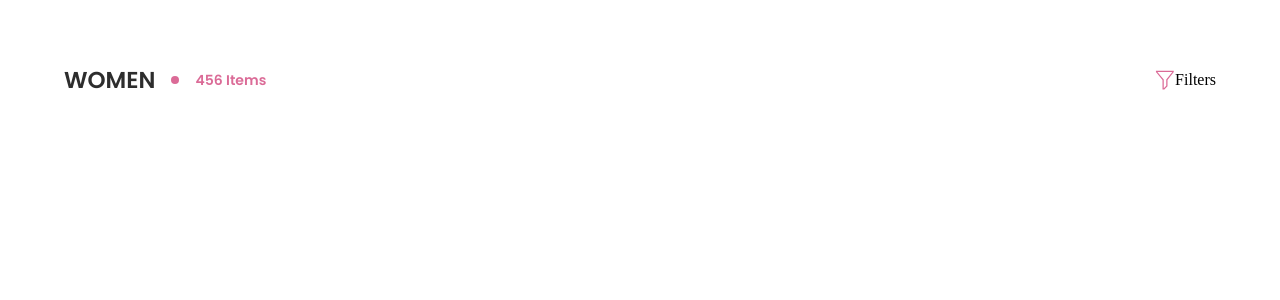
Repository: SabrinaSeydaliyeva/e-commerce-website
Page: pages/shopPage/index.html
An editor plug-in stored every save of this project. The page is shown before and after the next save, followed by the edit.
The browser window is 1280 px wide. The pictures show the whole page.
The style sheet was rebuilt from its Sass, Less or Tailwind sources for each picture, by a compiler version that may differ from the author's.

Above is the page before, as saved 2023-10-17 16:09:10.
Console error: TypeError: Cannot read properties of null (reading 'length')

### pages/shopPage/index.html
<!DOCTYPE html>
<html lang="en">
  <head>
    <meta charset="UTF-8" />
    <meta http-equiv="X-UA-Compatible" content="IE=edge" />
    <meta name="viewport" content="width=device-width, initial-scale=1.0" />
    <title>Shop</title>
    <link rel="stylesheet" href="../../assets/css/reset.css" />
    <link rel="stylesheet" href="index.css" />
  </head>
  <body>
    <div class="container">
      <div class="top-div">
        <div class="left-text">
          <h1>WOMEN</h1>
          <svg
            xmlns="http://www.w3.org/2000/svg"
            width="8"
            height="8"
            viewBox="0 0 8 8"
            fill="none"
          >
            <circle cx="4" cy="4" r="4" fill="#DB6B97" />
          </svg>
          <p>456 Items</p>
        </div>

        <div class="right-text">
          <svg
            xmlns="http://www.w3.org/2000/svg"
            width="20"
            height="20"
            viewBox="0 0 20 20"
            fill="none"
          >
            <path
              d="M9.32137 19.375H7.5V9.91516L0.9375 2.10266V0.625H18.75V2.09422L12.5 9.90672V16.1964L9.32137 19.375ZM8.75 18.125H8.80363L11.25 15.6786V9.46828L17.3246 1.875H2.37891L8.75 9.45984V18.125Z"
              fill="#DB6B97"
            />
          </svg>

          <p>Filters</p>
        </div>
      </div>
<main>
  <ul></ul>
</main>
      <!-- <main>
        <ul>
          <li>
            <img src="./images/image 1.png" alt="" />

            <div class="position-text">
              <div class="star">
                <svg
                  xmlns="http://www.w3.org/2000/svg"
                  width="16"
                  height="16"
                  viewBox="0 0 16 16"
                  fill="none"
                >
                  <g clip-path="url(#clip0_75_1233)">
                    <path
                      d="M16 6.12414H9.89333L8 0L6.10667 6.12414H0L4.93333 9.90345L3.06667 16L8 12.2207L12.9333 16L11.04 9.87586L16 6.12414Z"
                      fill="#FFCE31"
                    />
                  </g>
                  <defs>
                    <clipPath id="clip0_75_1233">
                      <rect width="16" height="16" fill="white" />
                    </clipPath>
                  </defs>
                </svg>

                <p>4.9</p>
              </div>

              <div class="heart">
                <svg
                  xmlns="http://www.w3.org/2000/svg"
                  width="24"
                  height="24"
                  viewBox="0 0 24 24"
                  fill="none"
                >
                  <path
                    d="M12 21.35L10.55 20.03C5.4 15.36 2 12.27 2 8.5C2 5.41 4.42 3 7.5 3C9.24 3 10.91 3.81 12 5.08C13.09 3.81 14.76 3 16.5 3C19.58 3 22 5.41 22 8.5C22 12.27 18.6 15.36 13.45 20.03L12 21.35Z"
                    fill="#DB6B97"
                  />
                </svg>
              </div>
            </div>

            <h2>VERO MODA</h2>
            <p>Blue Soft Knit Sweater</p>
            <span>Rs. 2299</span>
            <button>Add to cart</button>
          </li>

          <li>
            <img src="./images/image 2.png" alt="" />

            <div class="position-text">
              <div class="star">
                <svg
                  xmlns="http://www.w3.org/2000/svg"
                  width="16"
                  height="16"
                  viewBox="0 0 16 16"
                  fill="none"
                >
                  <g clip-path="url(#clip0_75_1233)">
                    <path
                      d="M16 6.12414H9.89333L8 0L6.10667 6.12414H0L4.93333 9.90345L3.06667 16L8 12.2207L12.9333 16L11.04 9.87586L16 6.12414Z"
                      fill="#FFCE31"
                    />
                  </g>
                  <defs>
                    <clipPath id="clip0_75_1233">
                      <rect width="16" height="16" fill="white" />
                    </clipPath>
                  </defs>
                </svg>

                <p>4.3</p>
              </div>

              <div class="heart">
                <svg
                  xmlns="http://www.w3.org/2000/svg"
                  width="24"
                  height="24"
                  viewBox="0 0 24 24"
                  fill="none"
                >
                  <path
                    d="M12 21.35L10.55 20.03C5.4 15.36 2 12.27 2 8.5C2 5.41 4.42 3 7.5 3C9.24 3 10.91 3.81 12 5.08C13.09 3.81 14.76 3 16.5 3C19.58 3 22 5.41 22 8.5C22 12.27 18.6 15.36 13.45 20.03L12 21.35Z"
                    fill="#DB6B97"
                  />
                </svg>
              </div>
            </div>

            <h2>Forever 21</h2>
            <p>Plush body-hug sweater</p>
            <span>Rs. 1790</span>
            <button>Add to cart</button>
          </li>

          <li>
            <img src="./images/image 3.png" alt="" />

            <div class="position-text">
              <div class="star">
                <svg
                  xmlns="http://www.w3.org/2000/svg"
                  width="16"
                  height="16"
                  viewBox="0 0 16 16"
                  fill="none"
                >
                  <g clip-path="url(#clip0_75_1233)">
                    <path
                      d="M16 6.12414H9.89333L8 0L6.10667 6.12414H0L4.93333 9.90345L3.06667 16L8 12.2207L12.9333 16L11.04 9.87586L16 6.12414Z"
                      fill="#FFCE31"
                    />
                  </g>
                  <defs>
                    <clipPath id="clip0_75_1233">
                      <rect width="16" height="16" fill="white" />
                    </clipPath>
                  </defs>
                </svg>

                <p>3.2</p>
              </div>

              <div class="heart">
                <svg
                  xmlns="http://www.w3.org/2000/svg"
                  width="25"
                  height="24"
                  viewBox="0 0 25 24"
                  fill="none"
                >
                  <path
                    d="M12.4333 18.55L12.3333 18.65L12.2233 18.55C7.47325 14.24 4.33325 11.39 4.33325 8.5C4.33325 6.5 5.83325 5 7.83325 5C9.37325 5 10.8733 6 11.4033 7.36H13.2633C13.7933 6 15.2933 5 16.8333 5C18.8333 5 20.3333 6.5 20.3333 8.5C20.3333 11.39 17.1933 14.24 12.4333 18.55ZM16.8333 3C15.0933 3 13.4233 3.81 12.3333 5.08C11.2433 3.81 9.57325 3 7.83325 3C4.75325 3 2.33325 5.41 2.33325 8.5C2.33325 12.27 5.73325 15.36 10.8833 20.03L12.3333 21.35L13.7833 20.03C18.9333 15.36 22.3333 12.27 22.3333 8.5C22.3333 5.41 19.9133 3 16.8333 3Z"
                    fill="#DB6B97"
                  />
                </svg>
              </div>
            </div>

            <h2>HnM</h2>
            <p>Wide-leg TRF Jeans</p>
            <span>Rs. 2999</span>
            <button>Add to cart</button>
          </li>

          <li>
            <img src="./images/image 4.png" alt="" />

            <div class="position-text">
              <div class="star">
                <svg
                  xmlns="http://www.w3.org/2000/svg"
                  width="16"
                  height="16"
                  viewBox="0 0 16 16"
                  fill="none"
                >
                  <g clip-path="url(#clip0_75_1233)">
                    <path
                      d="M16 6.12414H9.89333L8 0L6.10667 6.12414H0L4.93333 9.90345L3.06667 16L8 12.2207L12.9333 16L11.04 9.87586L16 6.12414Z"
                      fill="#FFCE31"
                    />
                  </g>
                  <defs>
                    <clipPath id="clip0_75_1233">
                      <rect width="16" height="16" fill="white" />
                    </clipPath>
                  </defs>
                </svg>

                <p>3.9</p>
              </div>

              <div class="heart">
                <svg
                  xmlns="http://www.w3.org/2000/svg"
                  width="25"
                  height="24"
                  viewBox="0 0 25 24"
                  fill="none"
                >
                  <path
                    d="M12.4333 18.55L12.3333 18.65L12.2233 18.55C7.47325 14.24 4.33325 11.39 4.33325 8.5C4.33325 6.5 5.83325 5 7.83325 5C9.37325 5 10.8733 6 11.4033 7.36H13.2633C13.7933 6 15.2933 5 16.8333 5C18.8333 5 20.3333 6.5 20.3333 8.5C20.3333 11.39 17.1933 14.24 12.4333 18.55ZM16.8333 3C15.0933 3 13.4233 3.81 12.3333 5.08C11.2433 3.81 9.57325 3 7.83325 3C4.75325 3 2.33325 5.41 2.33325 8.5C2.33325 12.27 5.73325 15.36 10.8833 20.03L12.3333 21.35L13.7833 20.03C18.9333 15.36 22.3333 12.27 22.3333 8.5C22.3333 5.41 19.9133 3 16.8333 3Z"
                    fill="#DB6B97"
                  />
                </svg>
              </div>
            </div>

            <h2>ONLY</h2>
            <p>Floral Print Corsetry-Inspired Top</p>
            <span>Rs. 1790</span>
            <button>Add to cart</button>
          </li>
        </ul>

        <ul>
          <li>
            <img src="./images/image 5.png" alt="" />

            <div class="position-text">
              <div class="star">
                <svg
                  xmlns="http://www.w3.org/2000/svg"
                  width="16"
                  height="16"
                  viewBox="0 0 16 16"
                  fill="none"
                >
                  <g clip-path="url(#clip0_75_1233)">
                    <path
                      d="M16 6.12414H9.89333L8 0L6.10667 6.12414H0L4.93333 9.90345L3.06667 16L8 12.2207L12.9333 16L11.04 9.87586L16 6.12414Z"
                      fill="#FFCE31"
                    />
                  </g>
                  <defs>
                    <clipPath id="clip0_75_1233">
                      <rect width="16" height="16" fill="white" />
                    </clipPath>
                  </defs>
                </svg>

                <p>4.0</p>
              </div>

              <div class="heart">
                <svg
                  xmlns="http://www.w3.org/2000/svg"
                  width="24"
                  height="24"
                  viewBox="0 0 24 24"
                  fill="none"
                >
                  <path
                    d="M12 21.35L10.55 20.03C5.4 15.36 2 12.27 2 8.5C2 5.41 4.42 3 7.5 3C9.24 3 10.91 3.81 12 5.08C13.09 3.81 14.76 3 16.5 3C19.58 3 22 5.41 22 8.5C22 12.27 18.6 15.36 13.45 20.03L12 21.35Z"
                    fill="#DB6B97"
                  />
                </svg>
              </div>
            </div>

            <h2>ZARA</h2>
            <p>Knit Scarf with diamond shapes</p>
            <span>Rs. 2299</span>
            <button>Add to cart</button>
          </li>

          <li>
            <img src="./images/image 6.png" alt="" />

            <div class="position-text">
              <div class="star">
                <svg
                  xmlns="http://www.w3.org/2000/svg"
                  width="16"
                  height="16"
                  viewBox="0 0 16 16"
                  fill="none"
                >
                  <g clip-path="url(#clip0_75_1233)">
                    <path
                      d="M16 6.12414H9.89333L8 0L6.10667 6.12414H0L4.93333 9.90345L3.06667 16L8 12.2207L12.9333 16L11.04 9.87586L16 6.12414Z"
                      fill="#FFCE31"
                    />
                  </g>
                  <defs>
                    <clipPath id="clip0_75_1233">
                      <rect width="16" height="16" fill="white" />
                    </clipPath>
                  </defs>
                </svg>

                <p>4.3</p>
              </div>

              <div class="heart">
                <svg
                  xmlns="http://www.w3.org/2000/svg"
                  width="24"
                  height="24"
                  viewBox="0 0 24 24"
                  fill="none"
                >
                  <path
                    d="M12 21.35L10.55 20.03C5.4 15.36 2 12.27 2 8.5C2 5.41 4.42 3 7.5 3C9.24 3 10.91 3.81 12 5.08C13.09 3.81 14.76 3 16.5 3C19.58 3 22 5.41 22 8.5C22 12.27 18.6 15.36 13.45 20.03L12 21.35Z"
                    fill="#DB6B97"
                  />
                </svg>
              </div>
            </div>

            <h2>ONLY</h2>
            <p>Pink Blazer Dress</p>
            <span>Rs. 1790</span>
            <button>Add to cart</button>
          </li>

          <li>
            <img src="./images/image 7.png" alt="" />

            <div class="position-text">
              <div class="star">
                <svg
                  xmlns="http://www.w3.org/2000/svg"
                  width="16"
                  height="16"
                  viewBox="0 0 16 16"
                  fill="none"
                >
                  <g clip-path="url(#clip0_75_1233)">
                    <path
                      d="M16 6.12414H9.89333L8 0L6.10667 6.12414H0L4.93333 9.90345L3.06667 16L8 12.2207L12.9333 16L11.04 9.87586L16 6.12414Z"
                      fill="#FFCE31"
                    />
                  </g>
                  <defs>
                    <clipPath id="clip0_75_1233">
                      <rect width="16" height="16" fill="white" />
                    </clipPath>
                  </defs>
                </svg>

                <p>4.1</p>
              </div>

              <div class="heart">
                <svg
                  xmlns="http://www.w3.org/2000/svg"
                  width="25"
                  height="24"
                  viewBox="0 0 25 24"
                  fill="none"
                >
                  <path
                    d="M12.4333 18.55L12.3333 18.65L12.2233 18.55C7.47325 14.24 4.33325 11.39 4.33325 8.5C4.33325 6.5 5.83325 5 7.83325 5C9.37325 5 10.8733 6 11.4033 7.36H13.2633C13.7933 6 15.2933 5 16.8333 5C18.8333 5 20.3333 6.5 20.3333 8.5C20.3333 11.39 17.1933 14.24 12.4333 18.55ZM16.8333 3C15.0933 3 13.4233 3.81 12.3333 5.08C11.2433 3.81 9.57325 3 7.83325 3C4.75325 3 2.33325 5.41 2.33325 8.5C2.33325 12.27 5.73325 15.36 10.8833 20.03L12.3333 21.35L13.7833 20.03C18.9333 15.36 22.3333 12.27 22.3333 8.5C22.3333 5.41 19.9133 3 16.8333 3Z"
                    fill="#DB6B97"
                  />
                </svg>
              </div>
            </div>

            <h2>VERO MODA</h2>
            <p>Velvet Halter Jumpsuit</p>
            <span>Rs. 2999</span>
            <button>Add to cart</button>
          </li>

          <li>
            <img src="./images/image 8.png" alt="" />

            <div class="position-text">
              <div class="star">
                <svg
                  xmlns="http://www.w3.org/2000/svg"
                  width="16"
                  height="16"
                  viewBox="0 0 16 16"
                  fill="none"
                >
                  <g clip-path="url(#clip0_75_1233)">
                    <path
                      d="M16 6.12414H9.89333L8 0L6.10667 6.12414H0L4.93333 9.90345L3.06667 16L8 12.2207L12.9333 16L11.04 9.87586L16 6.12414Z"
                      fill="#FFCE31"
                    />
                  </g>
                  <defs>
                    <clipPath id="clip0_75_1233">
                      <rect width="16" height="16" fill="white" />
                    </clipPath>
                  </defs>
                </svg>

                <p>4.2</p>
              </div>

              <div class="heart">
                <svg
                  xmlns="http://www.w3.org/2000/svg"
                  width="25"
                  height="24"
                  viewBox="0 0 25 24"
                  fill="none"
                >
                  <path
                    d="M12.4333 18.55L12.3333 18.65L12.2233 18.55C7.47325 14.24 4.33325 11.39 4.33325 8.5C4.33325 6.5 5.83325 5 7.83325 5C9.37325 5 10.8733 6 11.4033 7.36H13.2633C13.7933 6 15.2933 5 16.8333 5C18.8333 5 20.3333 6.5 20.3333 8.5C20.3333 11.39 17.1933 14.24 12.4333 18.55ZM16.8333 3C15.0933 3 13.4233 3.81 12.3333 5.08C11.2433 3.81 9.57325 3 7.83325 3C4.75325 3 2.33325 5.41 2.33325 8.5C2.33325 12.27 5.73325 15.36 10.8833 20.03L12.3333 21.35L13.7833 20.03C18.9333 15.36 22.3333 12.27 22.3333 8.5C22.3333 5.41 19.9133 3 16.8333 3Z"
                    fill="#DB6B97"
                  />
                </svg>
              </div>
            </div>

            <h2>Plush</h2>
            <p>High Rise Jeans- Ankle Length</p>
            <span>Rs. 1790</span>
            <button>Add to cart</button>
          </li>
        </ul>

        <ul>
          <li>
            <img src="./images/image 9.png" alt="" />

            <div class="position-text">
              <div class="star">
                <svg
                  xmlns="http://www.w3.org/2000/svg"
                  width="16"
                  height="16"
                  viewBox="0 0 16 16"
                  fill="none"
                >
                  <g clip-path="url(#clip0_75_1233)">
                    <path
                      d="M16 6.12414H9.89333L8 0L6.10667 6.12414H0L4.93333 9.90345L3.06667 16L8 12.2207L12.9333 16L11.04 9.87586L16 6.12414Z"
                      fill="#FFCE31"
                    />
                  </g>
                  <defs>
                    <clipPath id="clip0_75_1233">
                      <rect width="16" height="16" fill="white" />
                    </clipPath>
                  </defs>
                </svg>

                <p>4.5</p>
              </div>

              <div class="heart">
                <svg
                  xmlns="http://www.w3.org/2000/svg"
                  width="24"
                  height="24"
                  viewBox="0 0 24 24"
                  fill="none"
                >
                  <path
                    d="M12 21.35L10.55 20.03C5.4 15.36 2 12.27 2 8.5C2 5.41 4.42 3 7.5 3C9.24 3 10.91 3.81 12 5.08C13.09 3.81 14.76 3 16.5 3C19.58 3 22 5.41 22 8.5C22 12.27 18.6 15.36 13.45 20.03L12 21.35Z"
                    fill="#DB6B97"
                  />
                </svg>
              </div>
            </div>

            <h2>Dressberry</h2>
            <p>3 pack of no-show socks</p>
            <span>Rs. 2299</span>
            <button>Add to cart</button>
          </li>

          <li>
            <img src="./images/image 10.png" alt="" />

            <div class="position-text">
              <div class="star">
                <svg
                  xmlns="http://www.w3.org/2000/svg"
                  width="16"
                  height="16"
                  viewBox="0 0 16 16"
                  fill="none"
                >
                  <g clip-path="url(#clip0_75_1233)">
                    <path
                      d="M16 6.12414H9.89333L8 0L6.10667 6.12414H0L4.93333 9.90345L3.06667 16L8 12.2207L12.9333 16L11.04 9.87586L16 6.12414Z"
                      fill="#FFCE31"
                    />
                  </g>
                  <defs>
                    <clipPath id="clip0_75_1233">
                      <rect width="16" height="16" fill="white" />
                    </clipPath>
                  </defs>
                </svg>

                <p>3.3</p>
              </div>

              <div class="heart">
                <svg
                  xmlns="http://www.w3.org/2000/svg"
                  width="24"
                  height="24"
                  viewBox="0 0 24 24"
                  fill="none"
                >
                  <path
                    d="M12 21.35L10.55 20.03C5.4 15.36 2 12.27 2 8.5C2 5.41 4.42 3 7.5 3C9.24 3 10.91 3.81 12 5.08C13.09 3.81 14.76 3 16.5 3C19.58 3 22 5.41 22 8.5C22 12.27 18.6 15.36 13.45 20.03L12 21.35Z"
                    fill="#DB6B97"
                  />
                </svg>
              </div>
            </div>

            <h2>ONLY</h2>
            <p>Polo Collar Jumpsuit</p>
            <span>Rs. 1790</span>
            <button>Add to cart</button>
          </li>

          <li>
            <img src="./images/image 11.png" alt="" />

            <div class="position-text">
              <div class="star">
                <svg
                  xmlns="http://www.w3.org/2000/svg"
                  width="16"
                  height="16"
                  viewBox="0 0 16 16"
                  fill="none"
                >
                  <g clip-path="url(#clip0_75_1233)">
                    <path
                      d="M16 6.12414H9.89333L8 0L6.10667 6.12414H0L4.93333 9.90345L3.06667 16L8 12.2207L12.9333 16L11.04 9.87586L16 6.12414Z"
                      fill="#FFCE31"
                    />
                  </g>
                  <defs>
                    <clipPath id="clip0_75_1233">
                      <rect width="16" height="16" fill="white" />
                    </clipPath>
                  </defs>
                </svg>

                <p>5.0</p>
              </div>

              <div class="heart">
                <svg
                  xmlns="http://www.w3.org/2000/svg"
                  width="25"
                  height="24"
                  viewBox="0 0 25 24"
                  fill="none"
                >
                  <path
                    d="M12.3333 21.35L10.8833 20.03C5.73325 15.36 2.33325 12.27 2.33325 8.5C2.33325 5.41 4.75325 3 7.83325 3C9.57325 3 11.2433 3.81 12.3333 5.08C13.4233 3.81 15.0933 3 16.8333 3C19.9133 3 22.3333 5.41 22.3333 8.5C22.3333 12.27 18.9333 15.36 13.7833 20.03L12.3333 21.35Z"
                    fill="#DB6B97"
                  />
                </svg>
              </div>
            </div>

            <h2>ZARA</h2>
            <p>Blue mini dress</p>
            <span>Rs. 2999</span>
            <button>Add to cart</button>
          </li>

          <li>
            <img src="./images/image 12.png" alt="" />

            <div class="position-text">
              <div class="star">
                <svg
                  xmlns="http://www.w3.org/2000/svg"
                  width="16"
                  height="16"
                  viewBox="0 0 16 16"
                  fill="none"
                >
                  <g clip-path="url(#clip0_75_1233)">
                    <path
                      d="M16 6.12414H9.89333L8 0L6.10667 6.12414H0L4.93333 9.90345L3.06667 16L8 12.2207L12.9333 16L11.04 9.87586L16 6.12414Z"
                      fill="#FFCE31"
                    />
                  </g>
                  <defs>
                    <clipPath id="clip0_75_1233">
                      <rect width="16" height="16" fill="white" />
                    </clipPath>
                  </defs>
                </svg>

                <p>4.4</p>
              </div>

              <div class="heart">
                <svg
                  xmlns="http://www.w3.org/2000/svg"
                  width="25"
                  height="24"
                  viewBox="0 0 25 24"
                  fill="none"
                >
                  <path
                    d="M12.4333 18.55L12.3333 18.65L12.2233 18.55C7.47325 14.24 4.33325 11.39 4.33325 8.5C4.33325 6.5 5.83325 5 7.83325 5C9.37325 5 10.8733 6 11.4033 7.36H13.2633C13.7933 6 15.2933 5 16.8333 5C18.8333 5 20.3333 6.5 20.3333 8.5C20.3333 11.39 17.1933 14.24 12.4333 18.55ZM16.8333 3C15.0933 3 13.4233 3.81 12.3333 5.08C11.2433 3.81 9.57325 3 7.83325 3C4.75325 3 2.33325 5.41 2.33325 8.5C2.33325 12.27 5.73325 15.36 10.8833 20.03L12.3333 21.35L13.7833 20.03C18.9333 15.36 22.3333 12.27 22.3333 8.5C22.3333 5.41 19.9133 3 16.8333 3Z"
                    fill="#DB6B97"
                  />
                </svg>
              </div>
            </div>

            <h2>Forever 21</h2>
            <p>Wide Metal Choker</p>
            <span>Rs. 1790</span>
            <button>Add to cart</button>
          </li>
        </ul>
      </main> -->
    </div>
  </body>
  <script src="./index.js"></script>
</html>

### assets/css/reset.css
* {
    margin: 0;
    padding: 0;
    box-sizing: border-box;
}

button {
    border: none;
}

a {
    text-decoration: none;
}

li {
    list-style-type: none;
}

Loaded but not shown: pages/shopPage/index.js (70 lines, source omitted); pages/shopPage/index.scss (162 lines, source omitted)

After the next save:
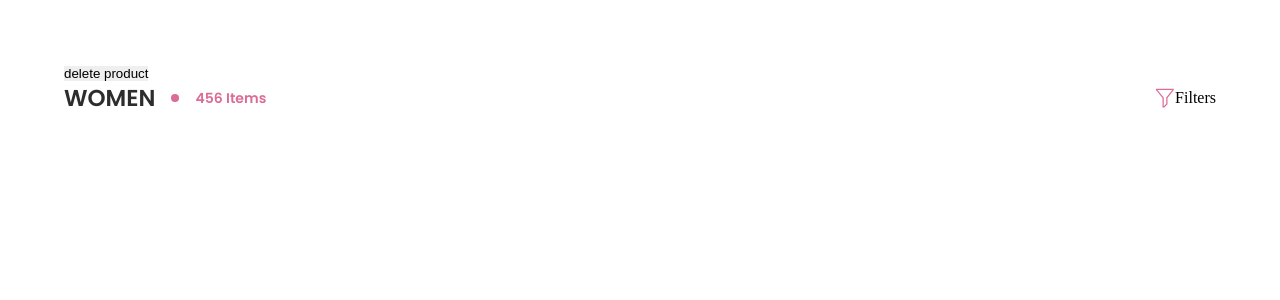
Saved 7 min 30 s later.
--- a/pages/shopPage/index.html
+++ b/pages/shopPage/index.html
@@ -10,6 +10,7 @@
   </head>
   <body>
     <div class="container">
+      <button>delete product</button>
       <div class="top-div">
         <div class="left-text">
           <h1>WOMEN</h1>

After the save that followed:
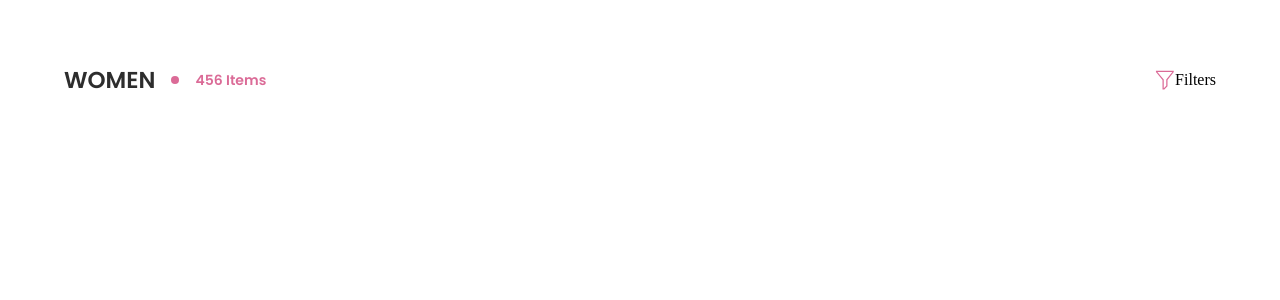
Saved 28 s later.
--- a/pages/shopPage/index.html
+++ b/pages/shopPage/index.html
@@ -10,7 +10,6 @@
   </head>
   <body>
     <div class="container">
-      <button>delete product</button>
       <div class="top-div">
         <div class="left-text">
           <h1>WOMEN</h1>
